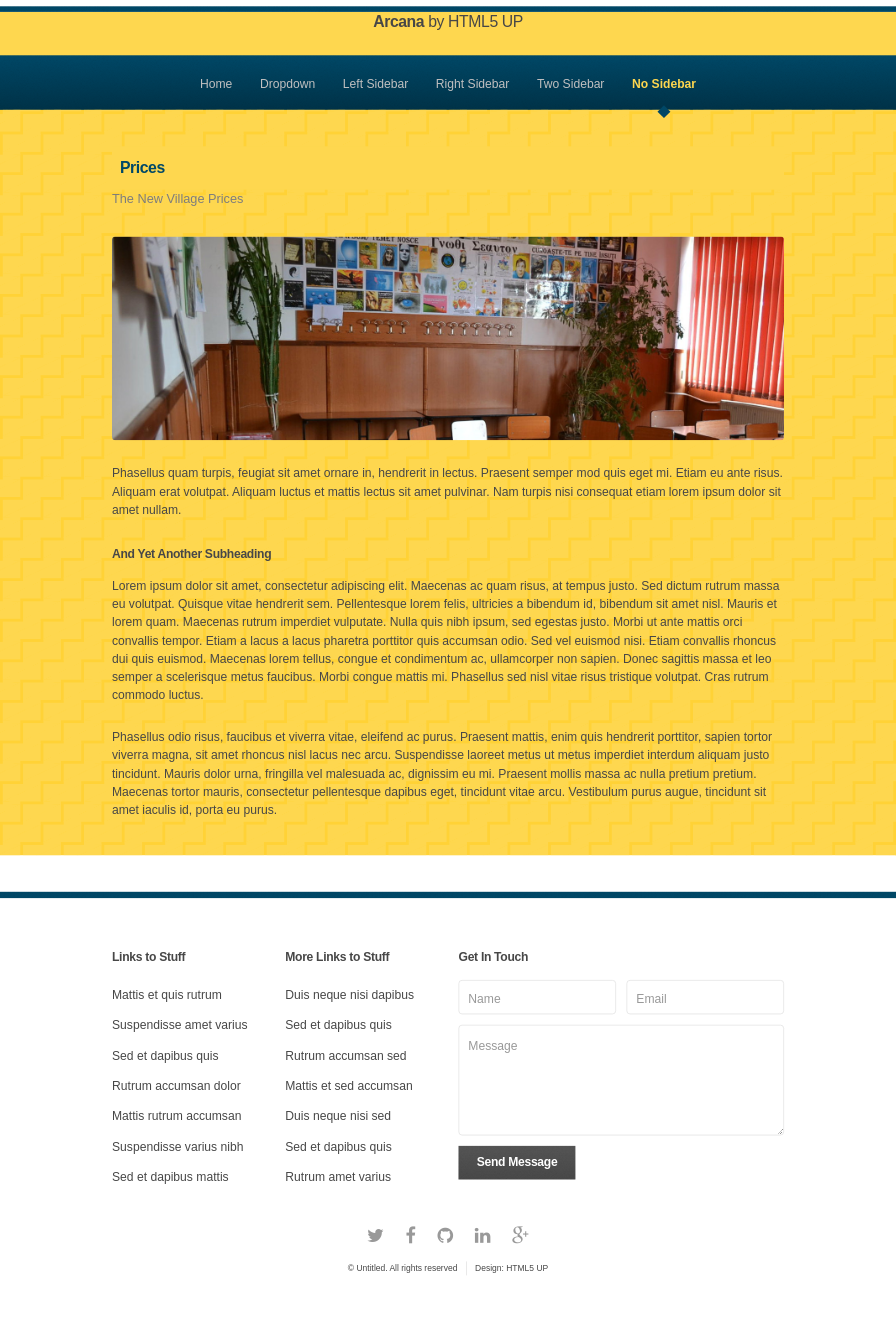
Repository: drahcirsama/tnv
Page: Prices.html
The author's editor kept a record of every edit. The page is drawn from the files as they stood at one moment, then again after the next edit.
The browser window is 1280 px wide. The pictures show the whole page, at 70% of full size.

Above is the page before.

After the next edit:
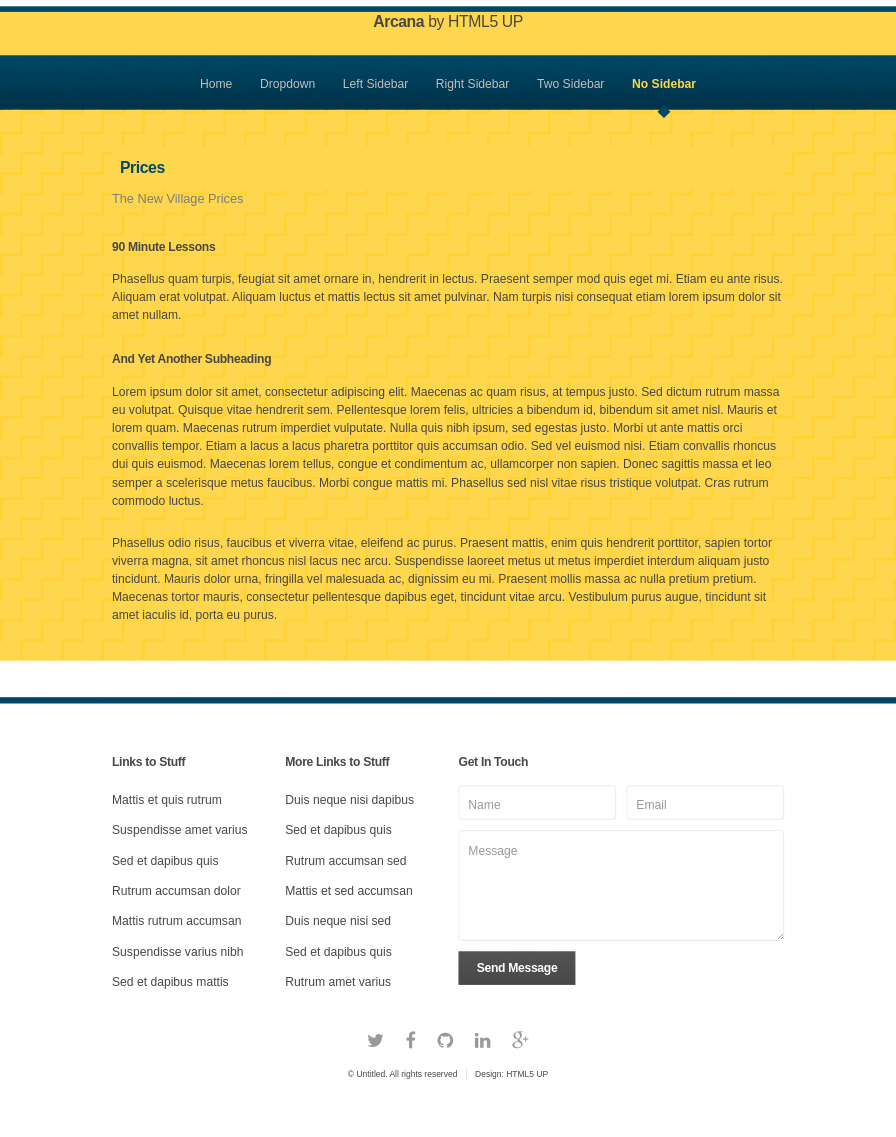
The edit:
--- a/Prices.html
+++ b/Prices.html
@@ -76,8 +76,8 @@
 									<p>The New Village Prices</p>
 								</header>
 
-								<span class="image featured"><img src="images/banner.jpg" alt="" /></span>
 
+								<h3>90 Minute Lessons</h3>
 								<p>Phasellus quam turpis, feugiat sit amet ornare in, hendrerit in lectus.
 								Praesent semper mod quis eget mi. Etiam eu ante risus. Aliquam erat volutpat.
 								Aliquam luctus et mattis lectus sit amet pulvinar. Nam turpis nisi
